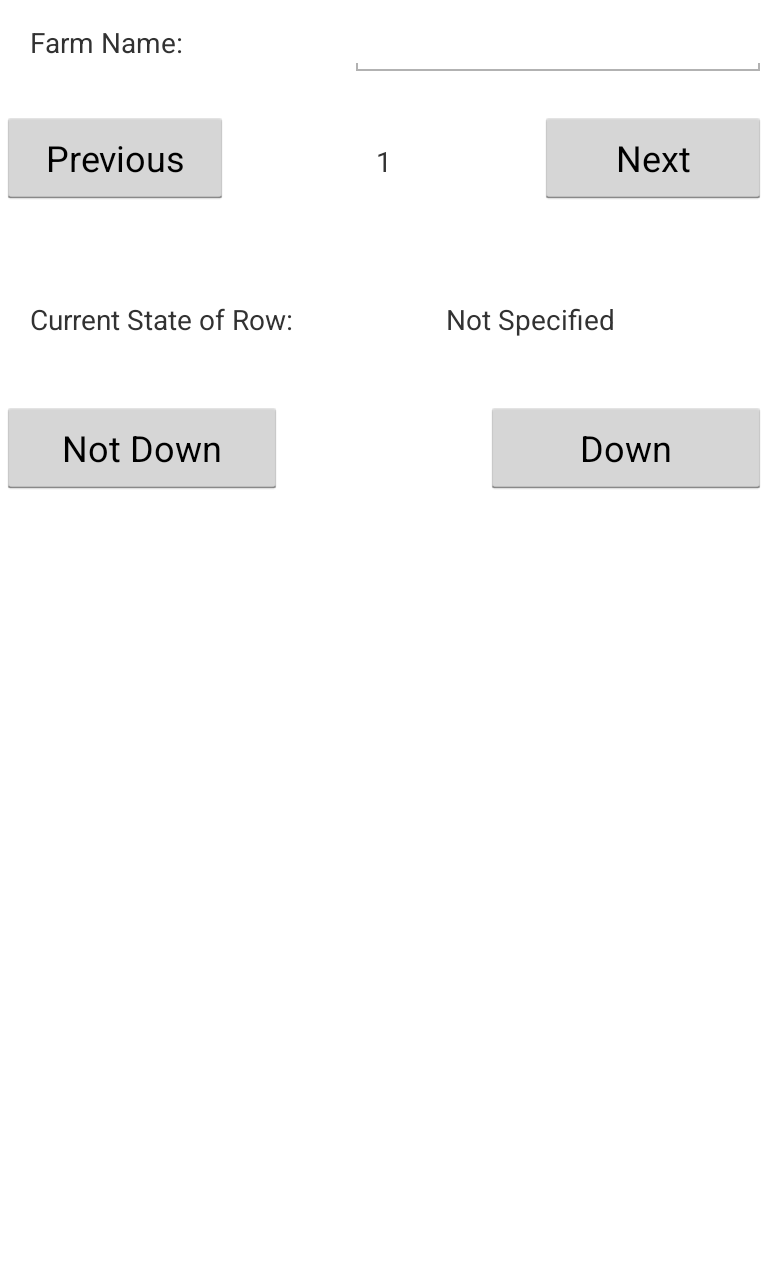
Repository: cokembel/FarmHand
Layout: FarmHand/res/layout/activity_main.xml
These files come from the project's save history. The layout is drawn as it stood at one moment and after the next save; the edit follows.
It is drawn on a 768 x 1280 px phone screen (xhdpi) without system bars, with theme AppTheme; the app's code is not run.

Above is the layout before, as saved 2012-12-05 09:17:43.

After the next save:
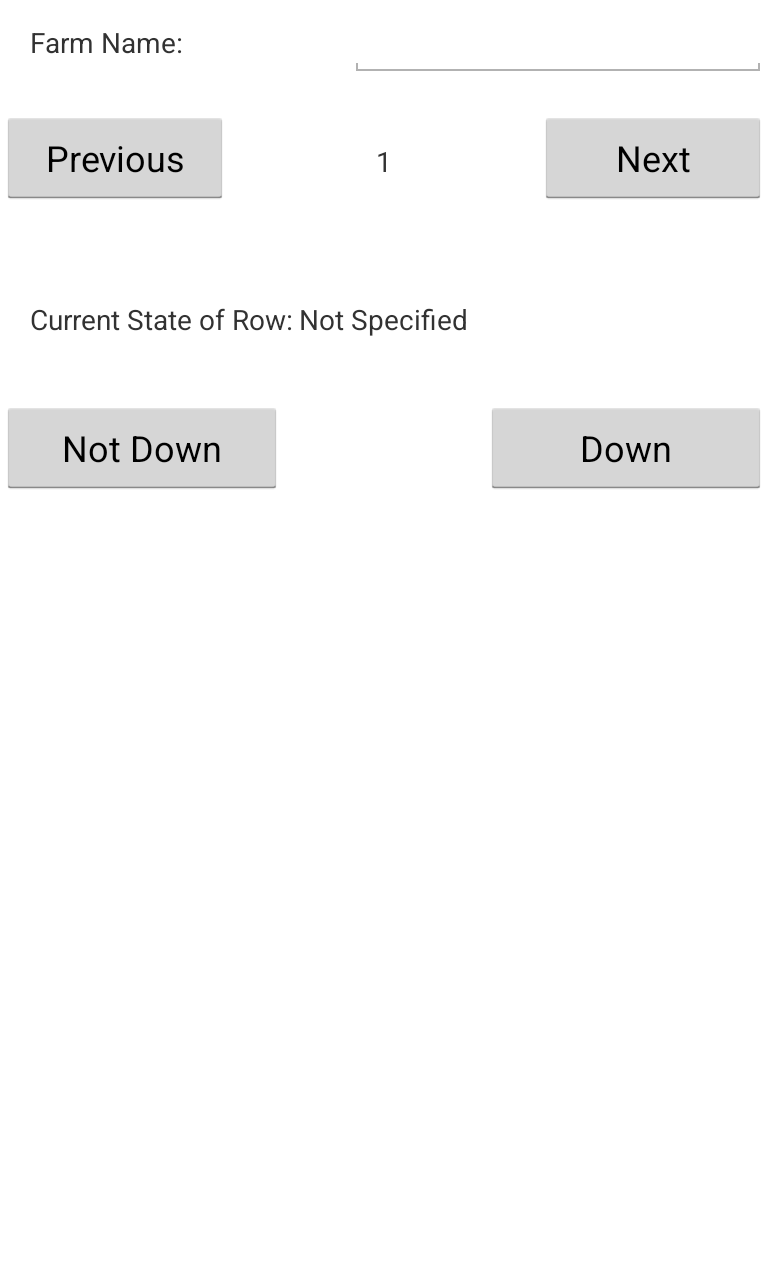
Saved 13 s later.
--- a/FarmHand/res/layout/activity_main.xml
+++ b/FarmHand/res/layout/activity_main.xml
@@ -42,16 +42,6 @@
                 android:layout_alignLeft="@id/farm_label"
                 android:text="@string/status" />
 
-            <TextView
-                android:id="@+id/current_status"
-                android:layout_width="wrap_content"
-                android:layout_height="wrap_content"
-                android:layout_alignBaseline="@id/status_label"
-                android:layout_alignParentRight="true"
-                android:gravity="center_horizontal"
-                android:layout_toRightOf="@id/status_label"
-                android:text="Not Specified" />
-
              <TextView
                 android:id="@+id/row_number"
                 android:layout_width="100dp"
@@ -89,7 +79,15 @@
                 android:layout_alignTop="@+id/prev_row_button"
                 android:text="Next" />
 
-
+            <TextView
+                android:id="@+id/current_status"
+                android:layout_width="wrap_content"
+                android:layout_height="wrap_content"
+                android:layout_alignBaseline="@+id/status_label"
+                android:layout_alignBottom="@+id/status_label"
+                android:layout_centerHorizontal="true"
+                android:gravity="center_horizontal"
+                android:text="Not Specified" />
 
         </RelativeLayout>
 

After the save that followed:
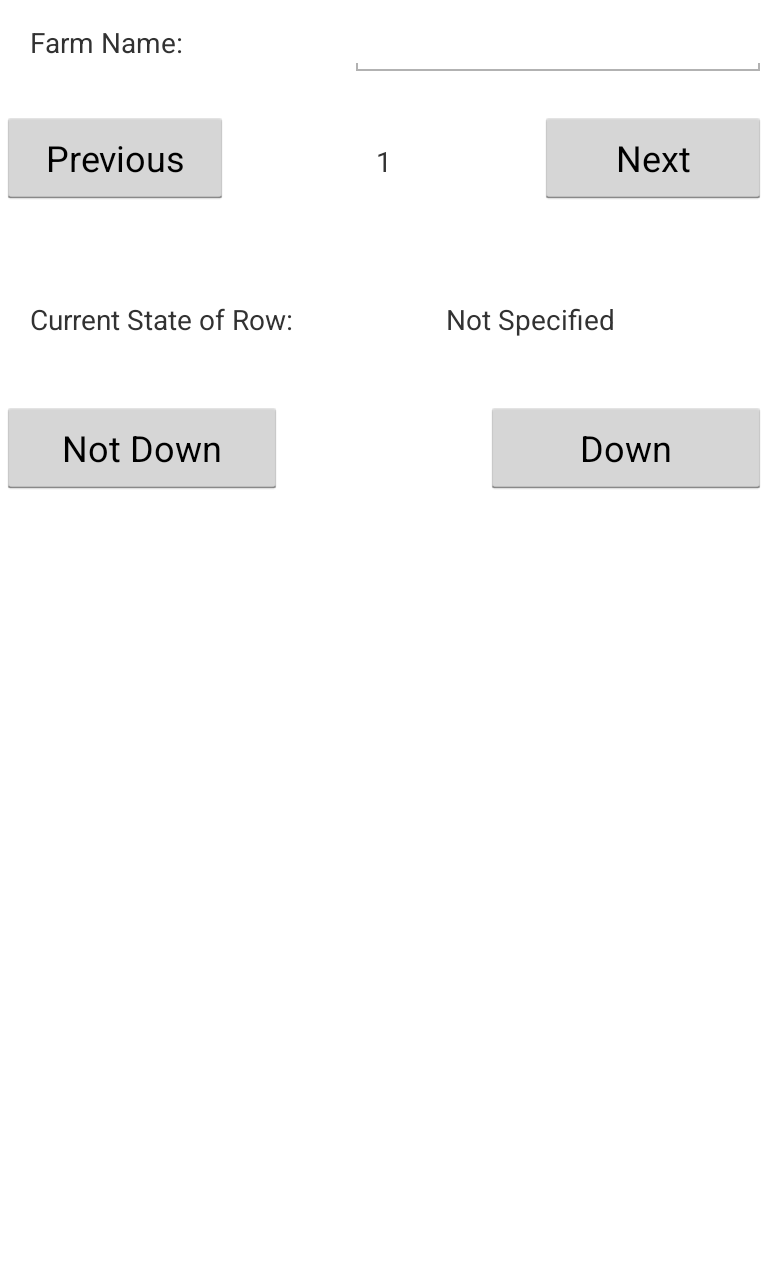
Saved 15 s later.
--- a/FarmHand/res/layout/activity_main.xml
+++ b/FarmHand/res/layout/activity_main.xml
@@ -42,6 +42,16 @@
                 android:layout_alignLeft="@id/farm_label"
                 android:text="@string/status" />
 
+            <TextView
+                android:id="@+id/current_status"
+                android:layout_width="wrap_content"
+                android:layout_height="wrap_content"
+                android:layout_alignBaseline="@id/status_label"
+                android:layout_alignParentRight="true"
+                android:gravity="center_horizontal"
+                android:layout_toRightOf="@id/status_label"
+                android:text="Not Specified" />
+
              <TextView
                 android:id="@+id/row_number"
                 android:layout_width="100dp"
@@ -79,15 +89,7 @@
                 android:layout_alignTop="@+id/prev_row_button"
                 android:text="Next" />
 
-            <TextView
-                android:id="@+id/current_status"
-                android:layout_width="wrap_content"
-                android:layout_height="wrap_content"
-                android:layout_alignBaseline="@+id/status_label"
-                android:layout_alignBottom="@+id/status_label"
-                android:layout_centerHorizontal="true"
-                android:gravity="center_horizontal"
-                android:text="Not Specified" />
+
 
         </RelativeLayout>
 
